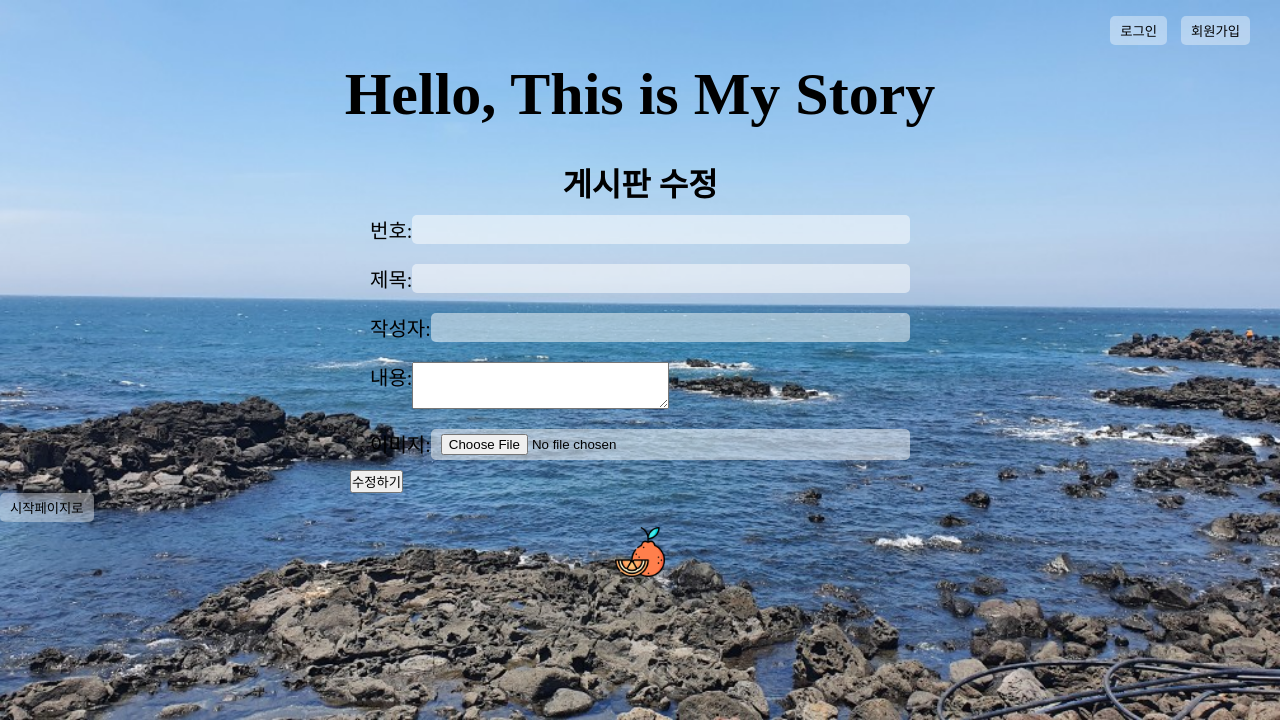
Repository: jeeniii/test2022_12_29
Page: http://localhost/portfolio/board/modify.jsp
An editor plug-in stored every save of this project. The page is shown before and after the next save, followed by the edit.
The browser window is 1280 px wide. The pictures show the whole page.
The page is served by Tomcat 9. The template is opened directly, without the code that normally fills it, so the values that code supplies are empty.

Above is the page before, as saved 2022-12-14 03:12:16.

After the next save:
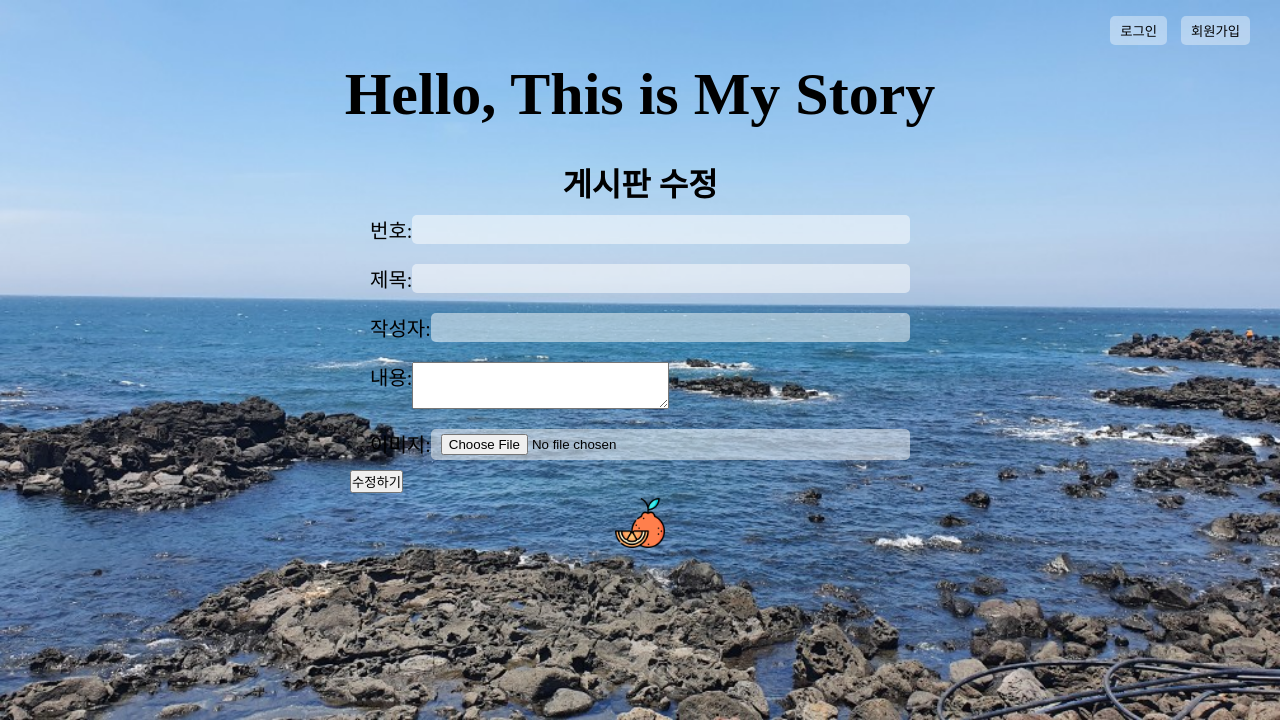
Saved 94 s later.
--- a/JSP_Portfolio/portfolio/src/main/webapp/board/modify.jsp
+++ b/JSP_Portfolio/portfolio/src/main/webapp/board/modify.jsp
@@ -46,7 +46,6 @@
 		<button type="submit">수정하기</button>
 	</form>
 </div>
-<a href="/"><button type="button">시작페이지로</button></a>
 <%@ include file="/footer.jsp" %>
 </body>
 </html>
